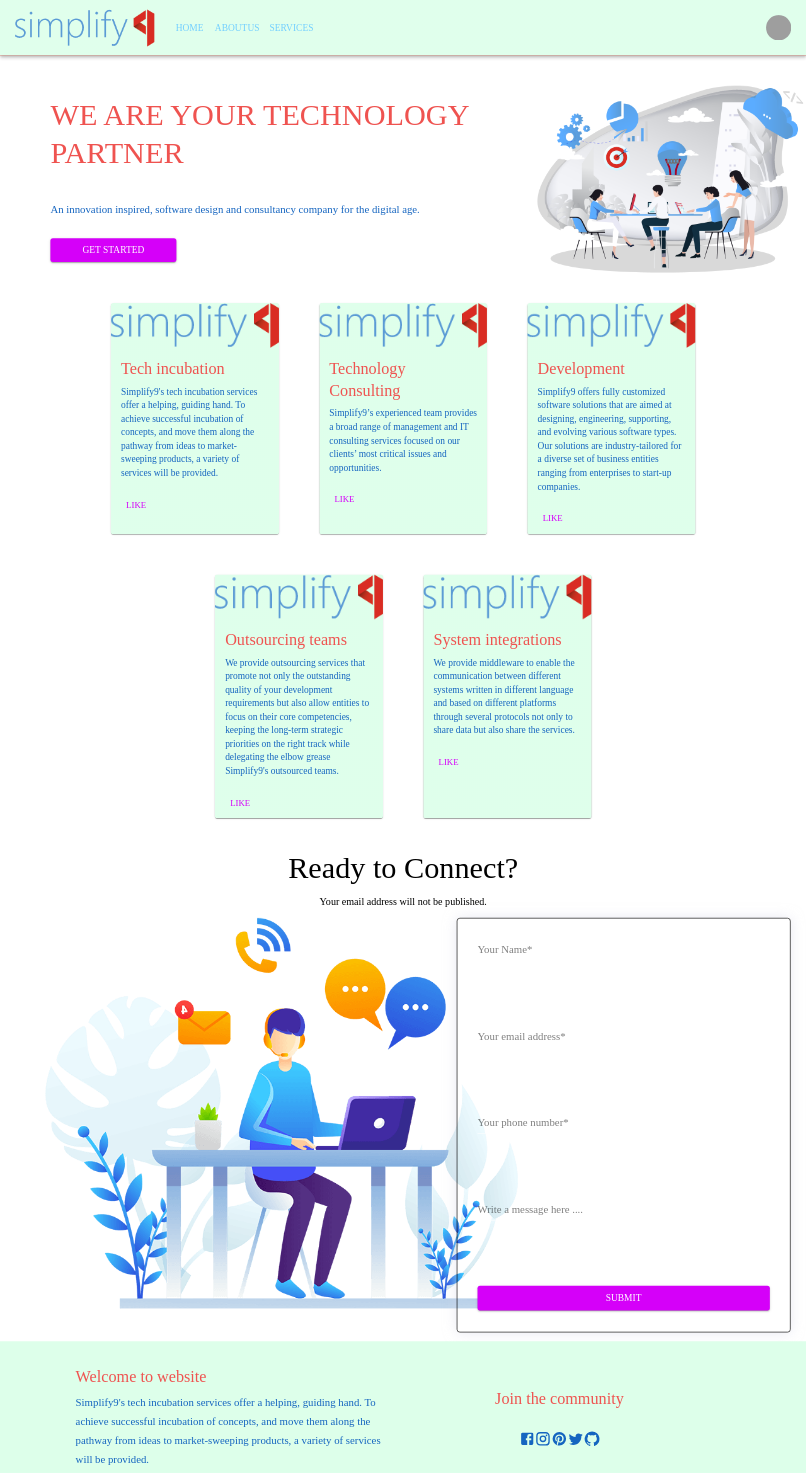
Repository: fawzi-shiyyab19/simplify
Page: /
The author's editor kept a copy of each file at every save. The page is drawn from the files as they stood at one save, then again after the next save.
The browser window is 1280 px wide. The pictures show the whole page, at 63% of full size.
Pictures or frames that could not be fetched are drawn as grey boxes. The project was rebuilt for these pictures with package versions that can differ from the ones it lists, and the page was loaded fresh each time.

Above is the page before, as saved 2023-01-18 15:34:52.

After the next save:
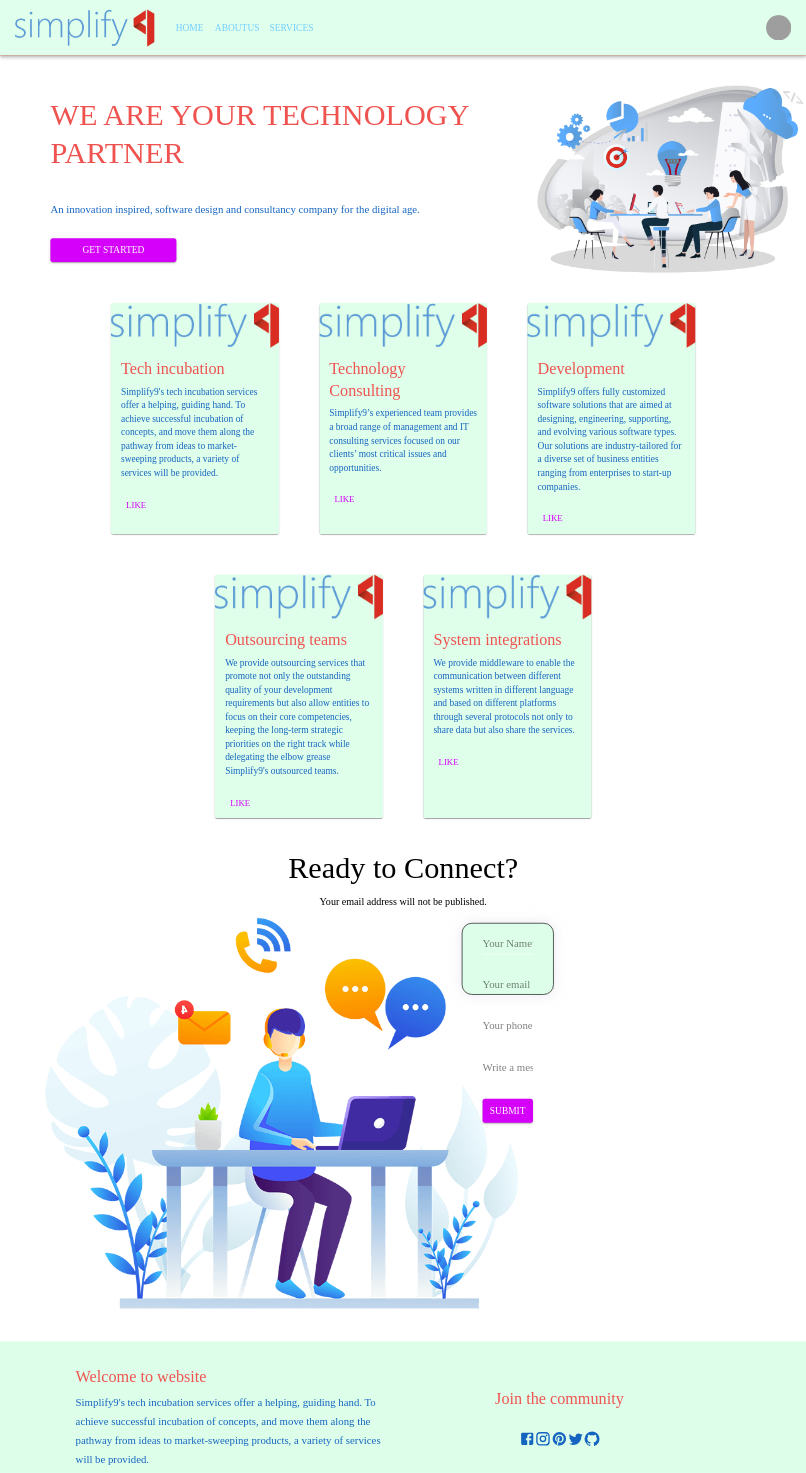
Saved 29 s later.
--- a/src/components/main/about/about.js
+++ b/src/components/main/about/about.js
@@ -81,8 +81,7 @@ function AboutProject() {
               gap: 2,
               alignItems: "center",
               flexWrap: "wrap",
-              border:1,
-
+              ...commonStyles, borderRadius: '16px'
             }}
             display="flex"
             flexDirection={"column"}
